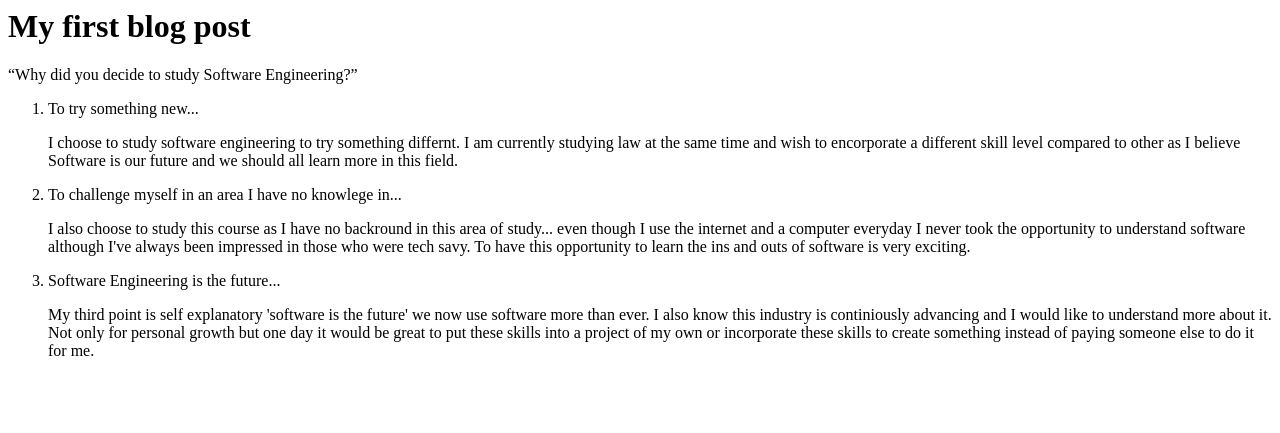
Repository: alicjasapieja/example-repository
Page: My-First-Blog-Post/blog_post.html
An editor plug-in stored every save of this project. The page is shown before and after the next save, followed by the edit.
The browser window is 1280 px wide. The pictures show the whole page.

Above is the page before, as saved 2022-05-11 13:27:56.

After the next save:
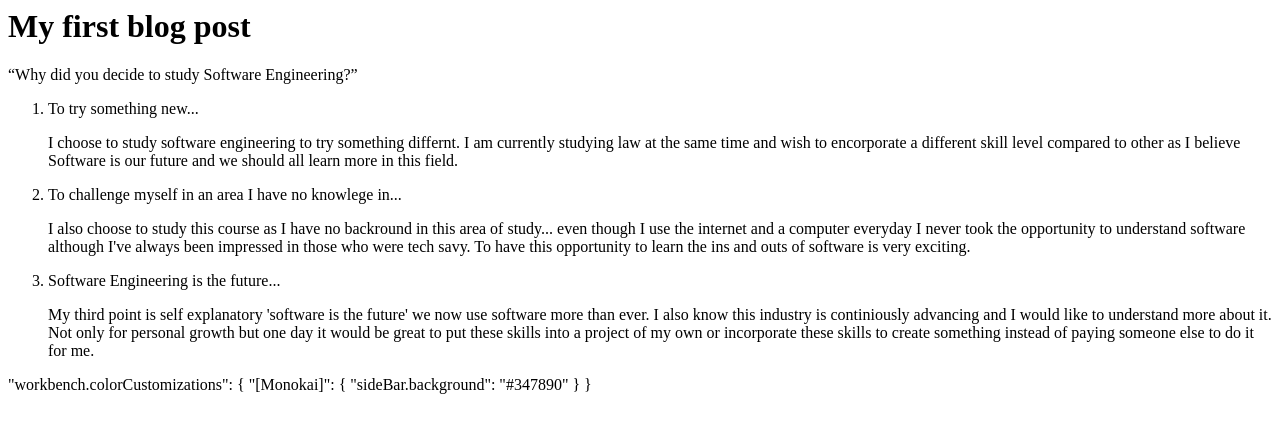
Saved 3 min 21 s later.
--- a/My-First-Blog-Post/blog_post.html
+++ b/My-First-Blog-Post/blog_post.html
@@ -21,3 +21,9 @@
         Not only for personal growth but one day it would be great to put these skills into a project of my own
         or incorporate these skills to create something instead of paying someone else to do it for me. </p>
     </ol>
+
+    "workbench.colorCustomizations": {
+        "[Monokai]": {
+            "sideBar.background": "#347890"
+        }
+    }

After the save that followed:
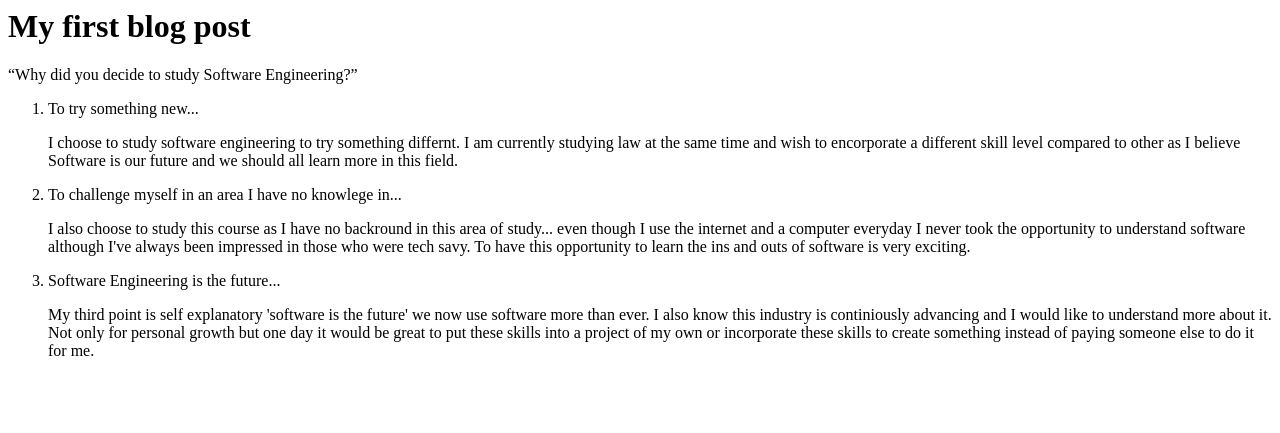
Saved 21 s later.
--- a/My-First-Blog-Post/blog_post.html
+++ b/My-First-Blog-Post/blog_post.html
@@ -21,9 +21,3 @@
         Not only for personal growth but one day it would be great to put these skills into a project of my own
         or incorporate these skills to create something instead of paying someone else to do it for me. </p>
     </ol>
-
-    "workbench.colorCustomizations": {
-        "[Monokai]": {
-            "sideBar.background": "#347890"
-        }
-    }
